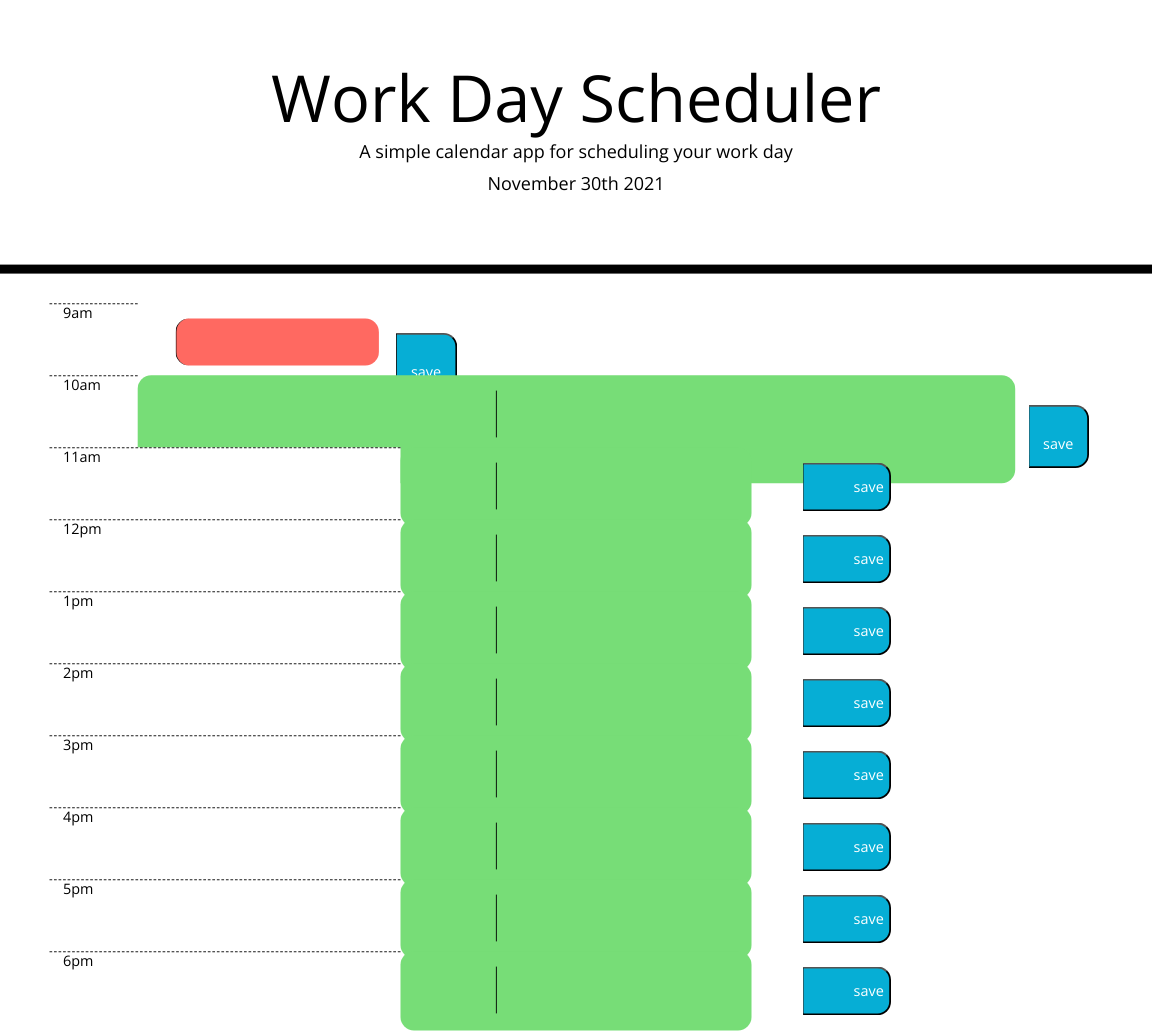
Repository: Naomilounsbury/work-day-scheduler
Page: index.html
An editor plug-in stored every save of this project. The page is shown before and after the next save, followed by the edit.
The browser window is 1280 px wide. The pictures show the whole page, at 90% of full size.
Some web libraries are served in a nearby version.

Above is the page before, as saved 2021-12-04 13:50:17.

After the next save:
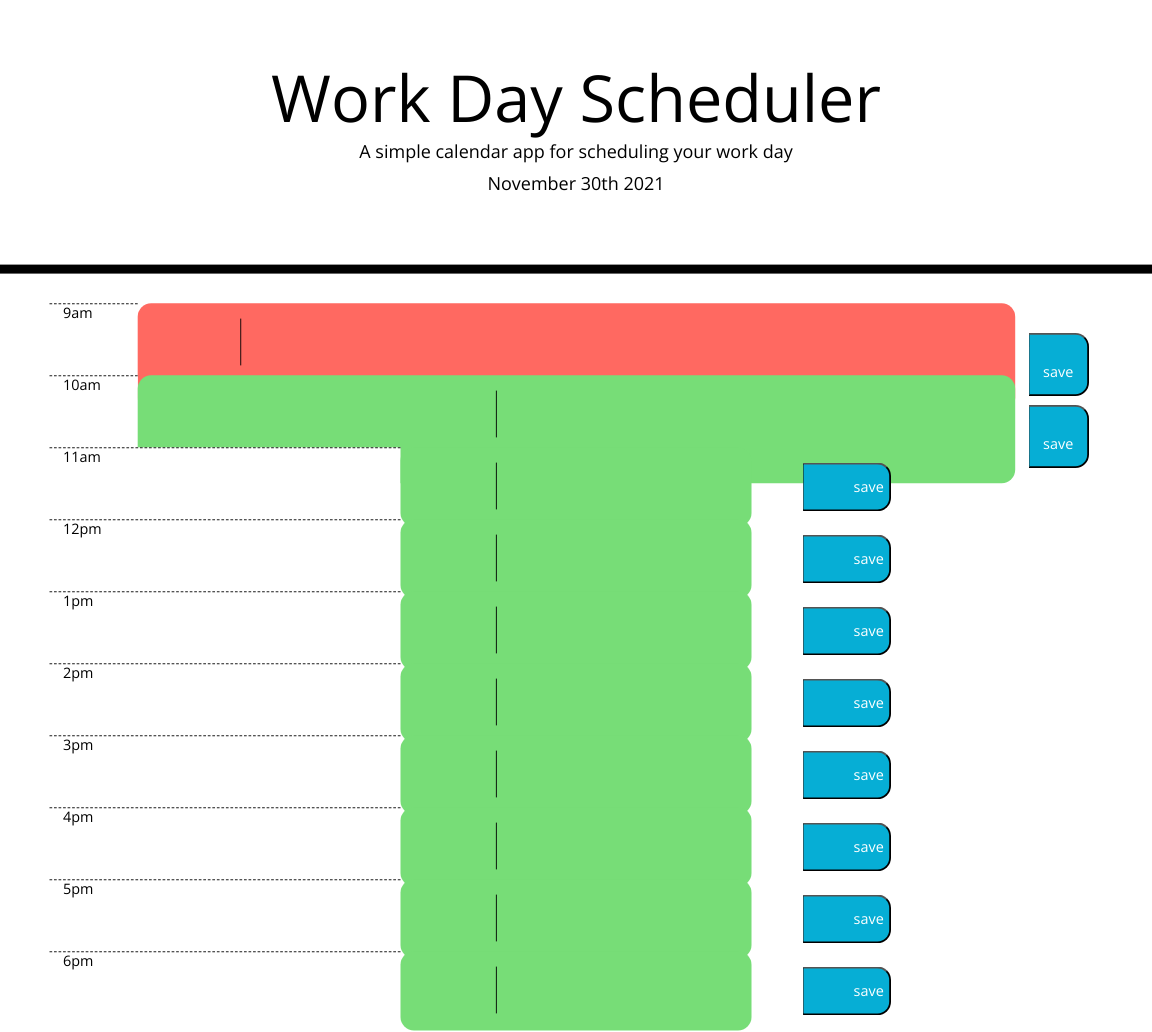
Saved 93 s later.
--- a/index.html
+++ b/index.html
@@ -24,8 +24,8 @@
     <table class="container">
       <tr class="row">
         <td class="hour col-lg-1">9am</td>
-        <td id="9">          <!-- all of my textareas are called btn which is ironic because they arent btns -->
-          <textarea id="btn9" class="time-block col-lg-10">
+        <td class="time-block col-lg-10" id="9">          <!-- all of my textareas are called btn which is ironic because they arent btns -->
+          <textarea id="btn9" class="col-lg-10">
           </textarea>
         </td>
         <td class="col-lg-1">
